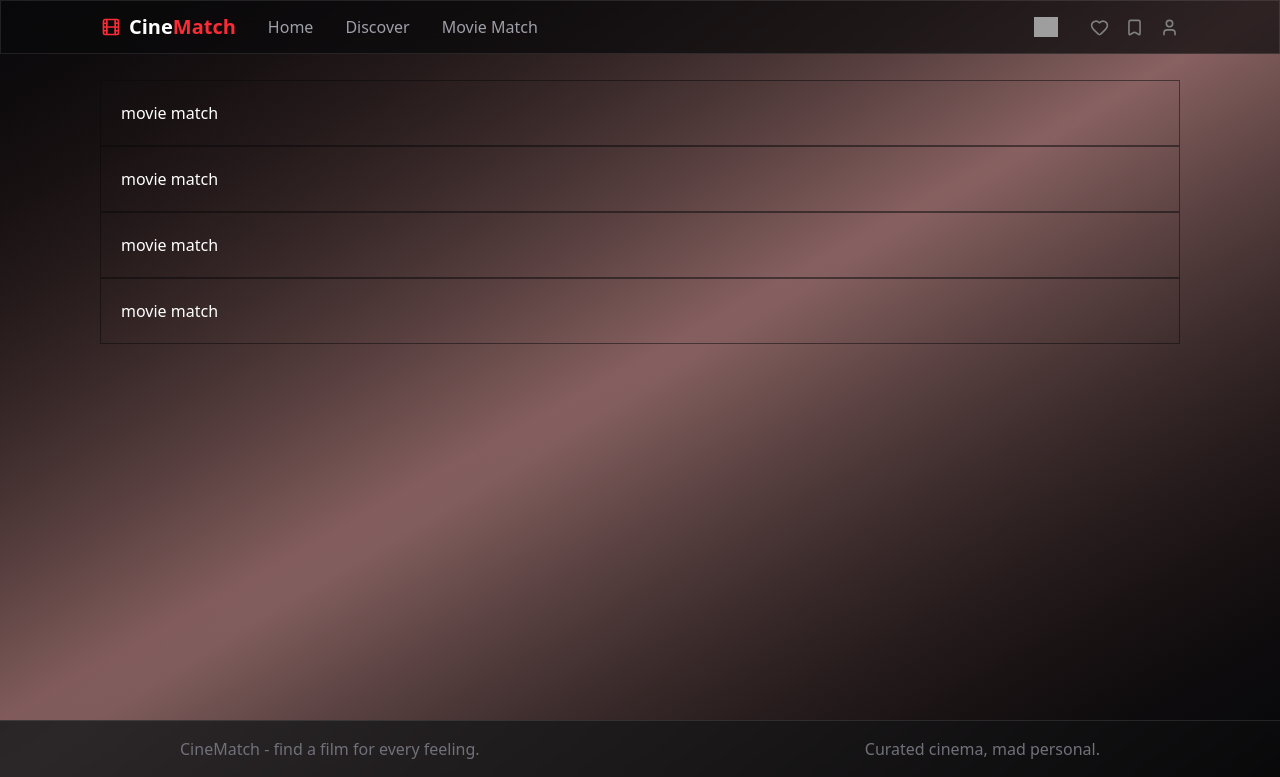
Repository: Mahak182005/CineMatch
Page: /match
These files come from the project's save history. The page is drawn as it stood at one moment and after the next save; the edit follows.
The browser window is 1280 px wide. The pictures show the whole page.
Pictures or frames that could not be fetched are drawn as grey boxes. The project was rebuilt for these pictures with package versions that can differ from the ones it lists, and the page was loaded fresh each time. Also part of the build but not shown: vite.config.js, src/Components/Mood.jsx, src/Data/MoodData.js, src/Data/api.js, src/Components/MovieCart.jsx, src/Logic/search.js, src/pages/Home.jsx, src/pages/Favorites.jsx and 3 more.

Above is the page before, as saved 2026-10-12 14:49:48.

After the next save:
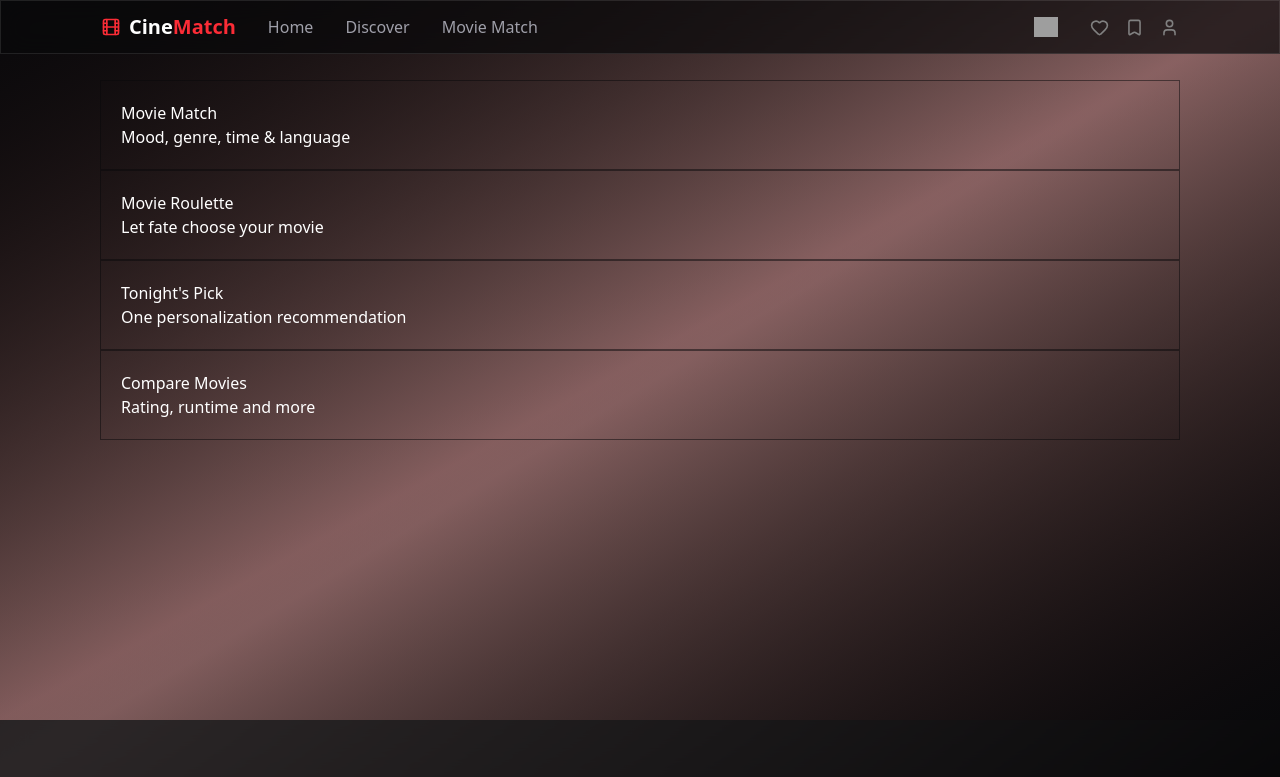
Saved 48 s later.
--- a/src/Components/MovieMatchOpt.jsx
+++ b/src/Components/MovieMatchOpt.jsx
@@ -1,8 +1,9 @@
-export function MovieMatchOpt(){
+export function MovieMatchOpt({text, para}){
     return(
         <>
             <div className="border-1 border-zinc-950/50 p-5">
-                <p className="text-white">movie match</p>
+                <p className="text-white">{text}</p>
+                <p className="text-white">{para}</p>
             </div>
         </>
     )
